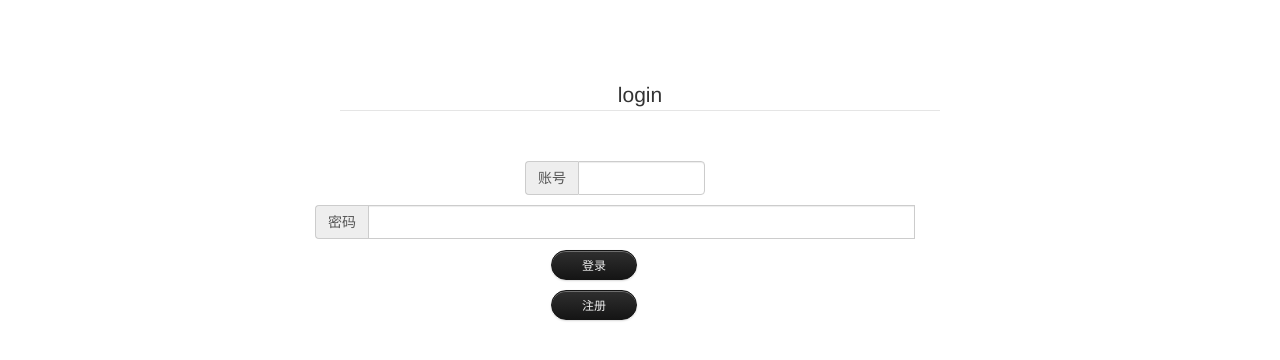
Repository: silzx/learning
Page: http://localhost/MyBatis/
These files come from the project's save history. The page is drawn as it stood at one moment and after the next save; the edit follows.
The browser window is 1280 px wide. The pictures show the whole page.
The page is served by Tomcat 9.

Above is the page before, as saved 2017-11-13 02:28:48.
Console error (its wording comes from the project's code and is left out).

After the next save:
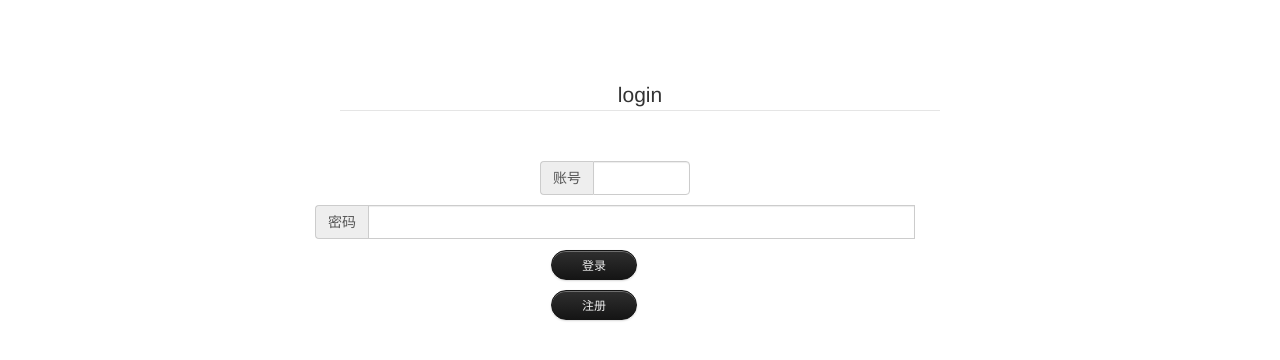
Saved 7 s later.
--- a/MyBatis/WebContent/index.jsp
+++ b/MyBatis/WebContent/index.jsp
@@ -67,7 +67,7 @@ String basePath = request.getScheme()+"://"+request.getServerName()+":"+request.
 		<fieldset style="width: 600px"><legend>login</legend>
 				<form action="<%=basePath%>UserAction/userLogin.action" method="post">
 				<span style="color: red; visibility: hidden;" id="error" >账号或者密码错误</span><p>
-				<div id="reset" class="input-group" style="width: 30%">
+				<div id="reset" class="input-group" style="width: 25%">
 					<span class="input-group-addon">账号</span>
 					<input type="text" name="u.name" class="form-control" value="<%=name %>">
 				</div>
